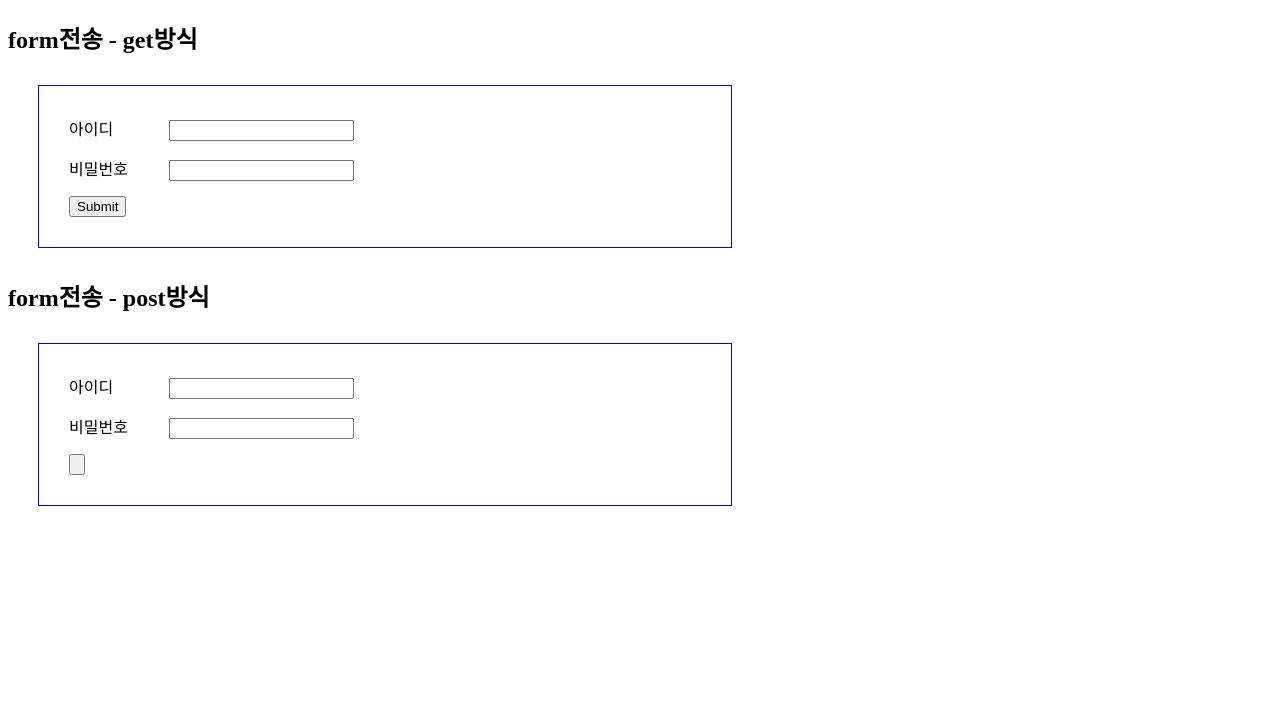
Repository: windy9109/FrontendClass
Page: webpro/src/main/webapp/0225/formDate.html
The author's editor kept a copy of each file at every save. The page is drawn from the files as they stood at one save, then again after the next save.
The browser window is 1280 px wide. The pictures show the whole page.

Above is the page before, as saved 2022-02-25 06:22:03.

### webpro/src/main/webapp/0225/formDate.html
<!DOCTYPE html>
<html>
<head>
<meta charset="UTF-8">
<title>Insert title here</title>
<style type="text/css">
form{
border: 1px solid blue;
margin: 30px;
padding: 30px;
width:50%;
}
label{
/* 인라인 요소에 크기조절
	display : inline block */
display: inline-block;
width:100px;
height: 40px;
}

</style>
</head>
<body>

	<h2>form전송 - get방식</h2>
	<form action="form.jsp" method="get">
		<label>아이디</label><input type="text" name="id"><br>
		<label>비밀번호</label><input type="passward" name="pass"><br>
		<input type="submit">
	</form>


	<h2>form전송 - post방식</h2>
	<form action="form.jsp" method="post">
		<label>아이디</label><input type="text" name="id"><br>
		<label>비밀번호</label><input type="passward" name="pass"><br>
		<input type="button">
	</form>




</body>
</html>

After the next save:
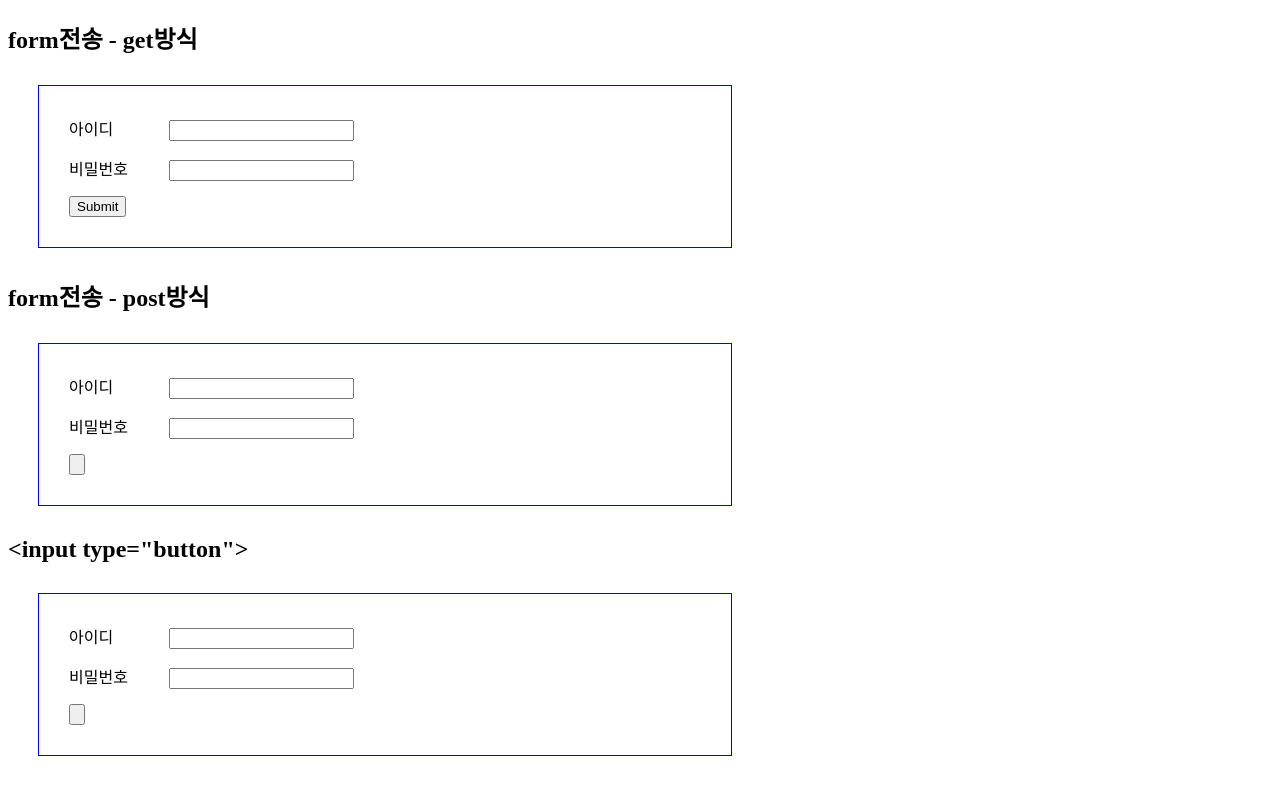
Saved 52 s later.
--- a/webpro/src/main/webapp/0225/formDate.html
+++ b/webpro/src/main/webapp/0225/formDate.html
@@ -39,6 +39,15 @@ height: 40px;
 
 
 
+	<h2>&lt;input type="button"></h2>
+	<form action="form.jsp" method="post">
+		<label>아이디</label><input type="text" name="id"><br>
+		<label>비밀번호</label><input type="passward" name="pass"><br>
+		<input type="button">
+	</form>
+
+
+
 
 </body>
 </html>
